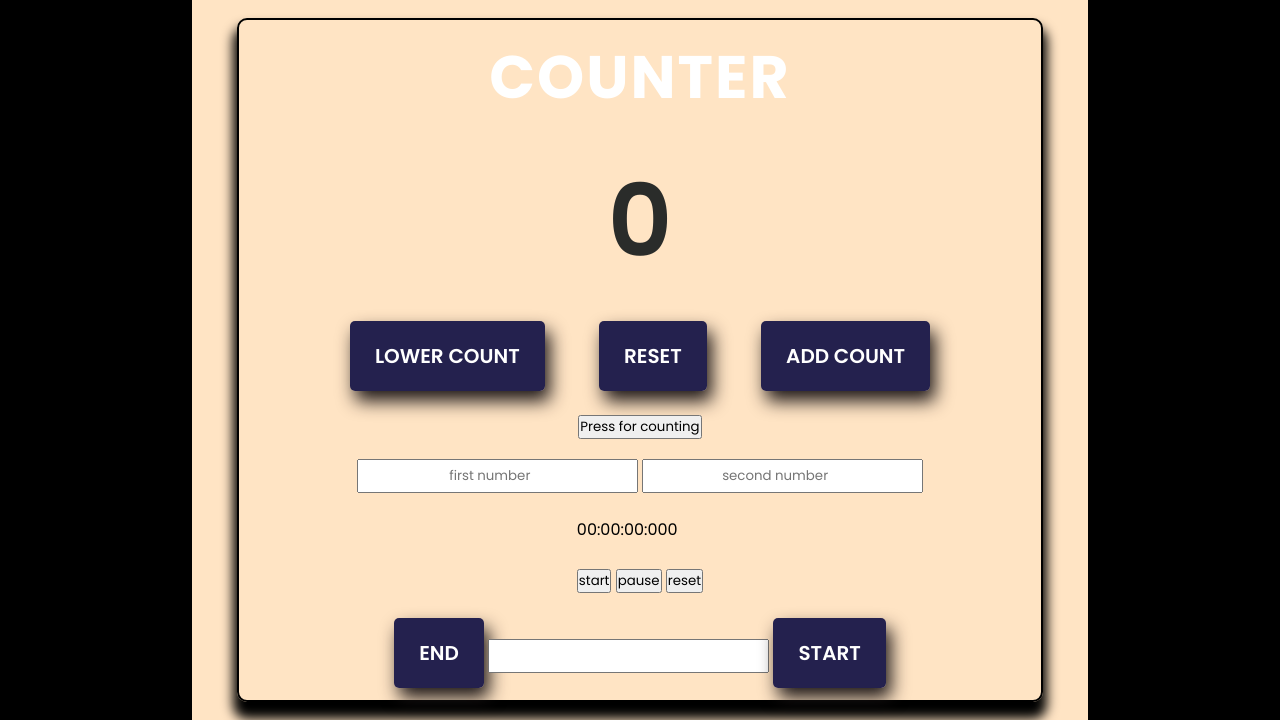
Repository: Seryozha02/Calculator
Page: index.html
These files come from the project's save history. The page is drawn as it stood at one moment and after the next save; the edit follows.
The browser window is 1280 px wide. The pictures show the whole page.

Above is the page before, as saved 2022-02-20 13:44:38.
Not found: script.js

After the next save:
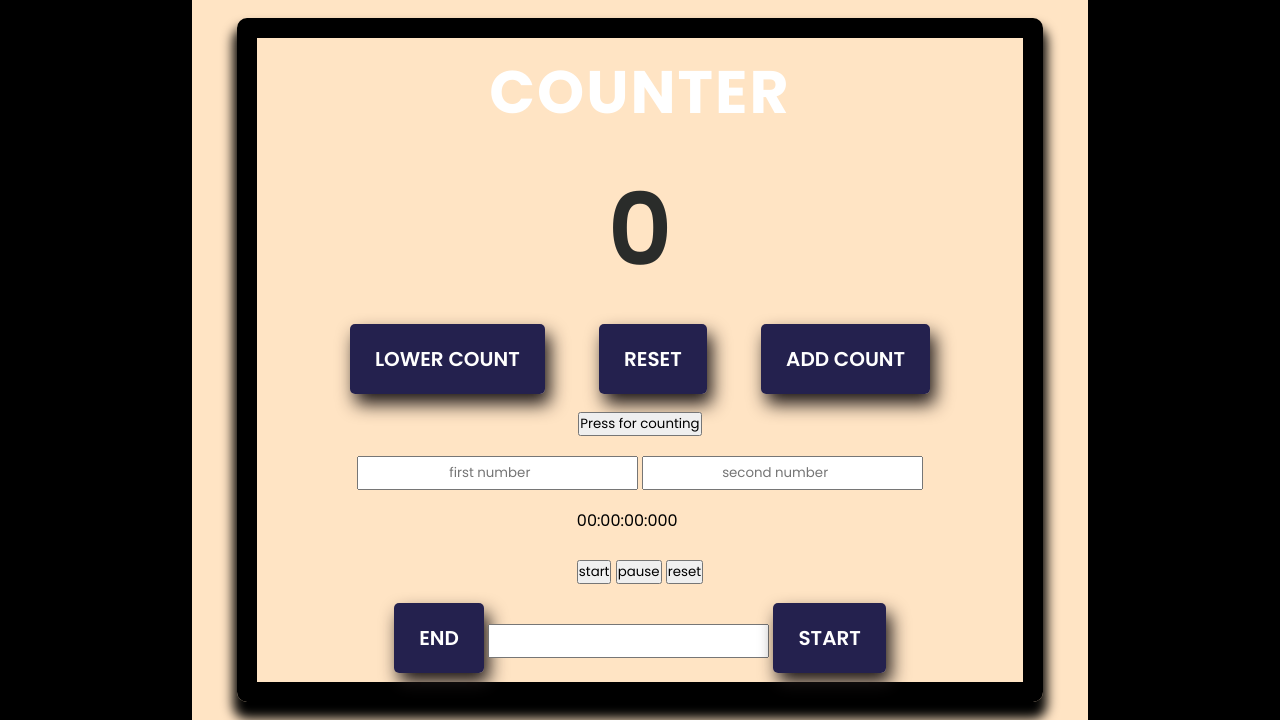
Saved 8 s later.
--- a/style.css
+++ b/style.css
@@ -34,7 +34,7 @@
     align-items: center;
     justify-content: center;
     flex-direction: column;
-    border: 2px solid black;
+    border: 20px solid black;
     border-radius: 10px;
     box-shadow: 0px 13px 12px 4px;
     display: flex;
